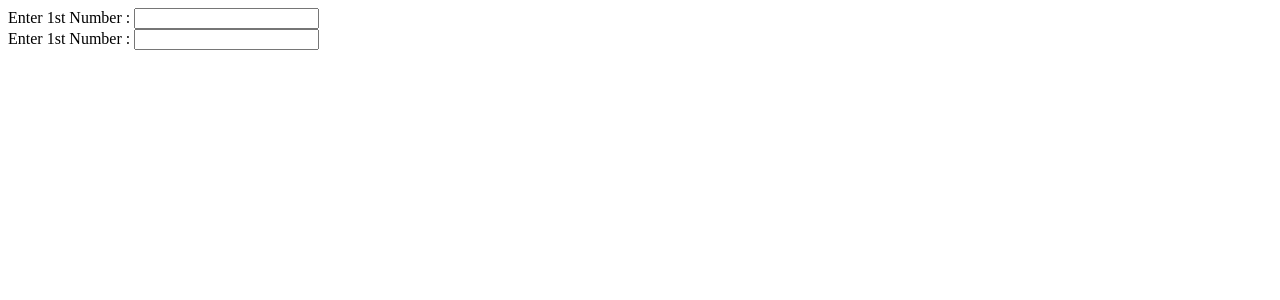
Repository: kranthireddy98/Servlet
Page: DemoApp/src/main/webapp/index.html
These files come from the project's save history. The page is drawn as it stood at one moment and after the next save; the edit follows.
The browser window is 1280 px wide. The pictures show the whole page.

Above is the page before, as saved 2025-03-01 14:05:05.

After the next save:
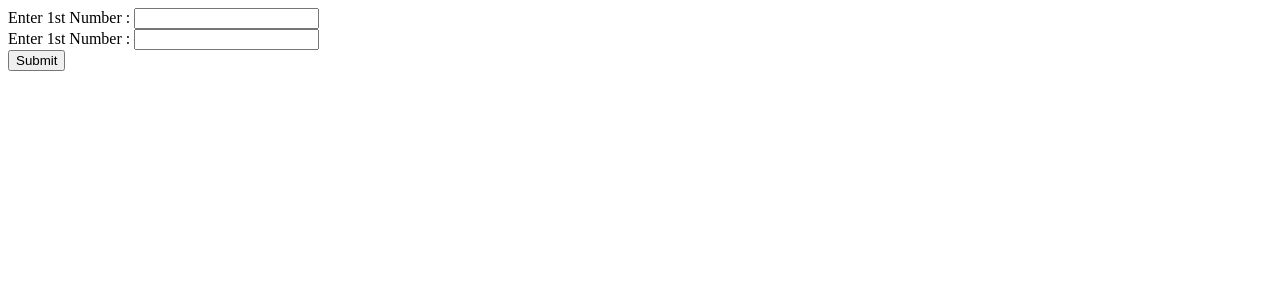
Saved 47 s later.
--- a/DemoApp/src/main/webapp/index.html
+++ b/DemoApp/src/main/webapp/index.html
@@ -9,6 +9,7 @@
 	<form action="add">
 		Enter 1st Number : <input type="text" name="num1"> <br>
 		Enter 1st Number : <input type="text" name="num1"> <br>
+		<button type="submit">Submit</button>
 	</form>
 </body>
 </html>
